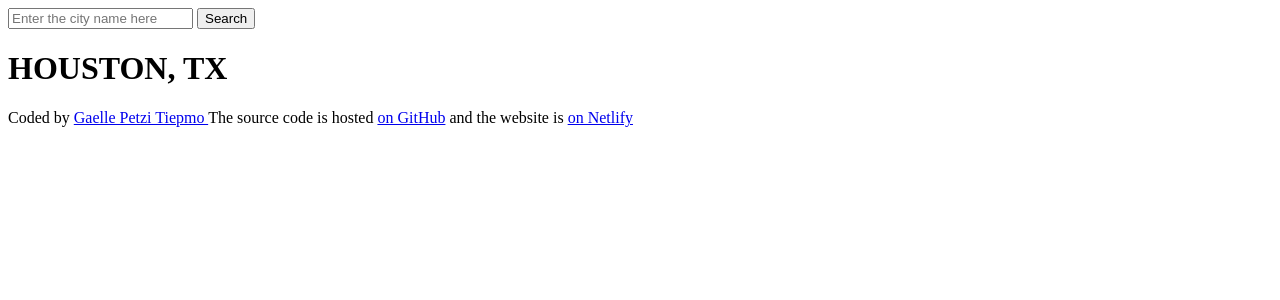
Repository: OnwardForward/meteo.by.gaelle
Page: meteo.appbygaelle.html
An editor plug-in stored every save of this project. The page is shown before and after the next save, followed by the edit.
The browser window is 1280 px wide. The pictures show the whole page.

Above is the page before, as saved 2024-04-18 13:49:33.

### meteo.appbygaelle.html
<!DOCTYPE html>
<html lang="en">
<head>
    <meta charset="UTF-8">
    <meta name="viewport" content="width=device-width, initial-scale=1.0">
    <title>Meteo By Gaelle</title>
</head>
<body>
   <header>
    <form>
        <input type="search" placeholder="Enter the city name here" required />
        <input type="submit" value="Search" />
    </form>
   </header>
   <main>
    <div>
        <h1>HOUSTON, TX</h1>
        <p>

        </p>
    </div>
   </main>




</body>
<footer>
    Coded by <a href="https://github.com/OnwardForward" target="_blank"> Gaelle Petzi Tiepmo </a>
    The source code is hosted <a href="https://github.com/OnwardForward/meteo.by.gaelle" target="_blank">on GitHub</a>
    and the website is <a href="https://meteo-app-by-gaellept.netlify.app/" target="_blank"> on Netlify</a>
</footer>
</html>

After the next save:
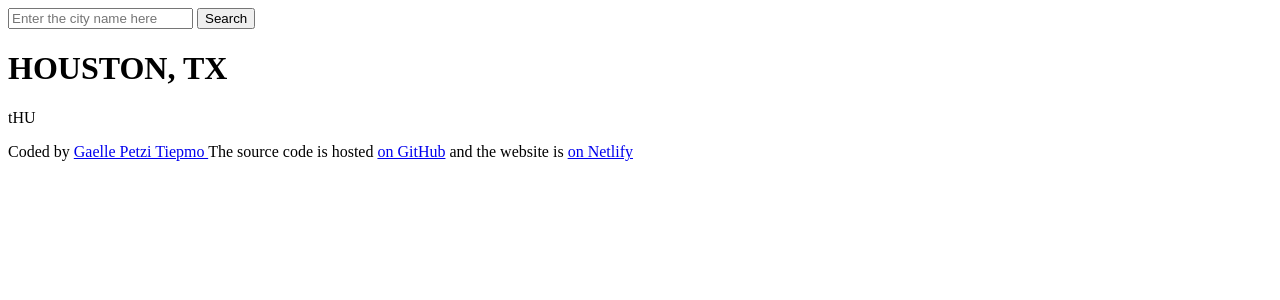
Saved 4 s later.
--- a/meteo.appbygaelle.html
+++ b/meteo.appbygaelle.html
@@ -16,7 +16,7 @@
     <div>
         <h1>HOUSTON, TX</h1>
         <p>
-
+            tHU
         </p>
     </div>
    </main>
